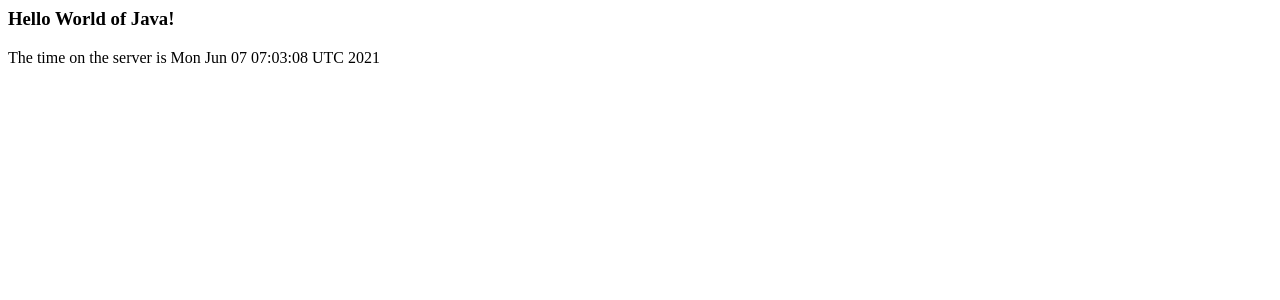
Repository: Vijay-Ky/JavaFSD-DSU
Page: http://localhost/JSP/helloworld.jsp
An editor plug-in stored every save of this project. The page is shown before and after the next save, followed by the edit.
The browser window is 1280 px wide. The pictures show the whole page.
The page is served by Tomcat 9. Other server files are loaded and not shown.

Above is the page before, as saved 2021-06-07 09:25:29.

### projects/A_Simple_Database_Application_JDBC_JSP_Servlets/JSP/WebContent/helloworld.jsp
<html>

<body>

<h3>Hello World of Java!</h3>
<!--toString version of date object -->
The time on the server is <%= new java.util.Date() %>

</body>

</html>

After the next save:
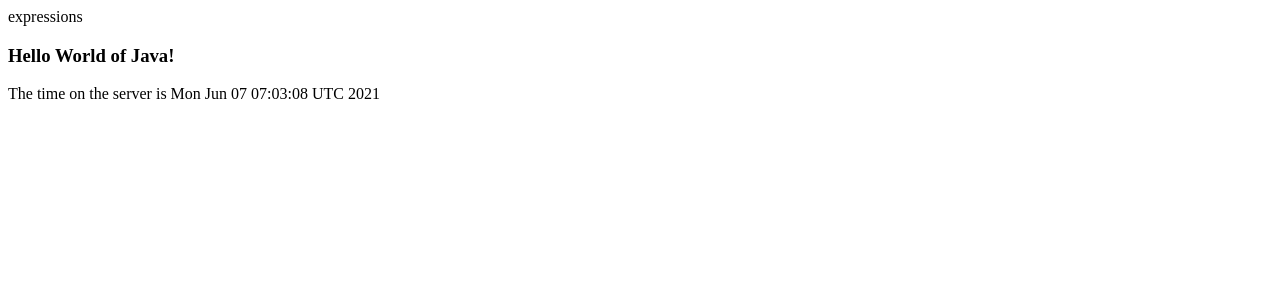
Saved 4 min 15 s later.
--- a/projects/A_Simple_Database_Application_JDBC_JSP_Servlets/JSP/WebContent/helloworld.jsp
+++ b/projects/A_Simple_Database_Application_JDBC_JSP_Servlets/JSP/WebContent/helloworld.jsp
@@ -1,3 +1,4 @@
+expressions
 <html>
 
 <body>

After the save that followed:
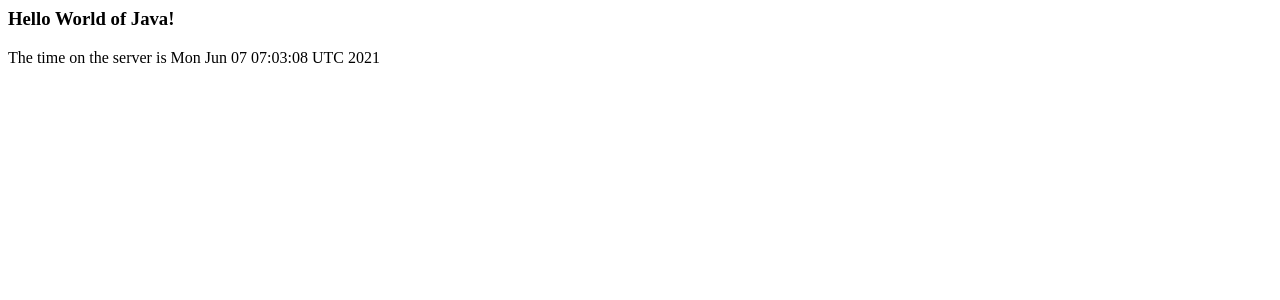
Saved 3 min 13 s later.
--- a/projects/A_Simple_Database_Application_JDBC_JSP_Servlets/JSP/WebContent/helloworld.jsp
+++ b/projects/A_Simple_Database_Application_JDBC_JSP_Servlets/JSP/WebContent/helloworld.jsp
@@ -1,4 +1,4 @@
-expressions
+<!-- jsp expressions -->
 <html>
 
 <body>
